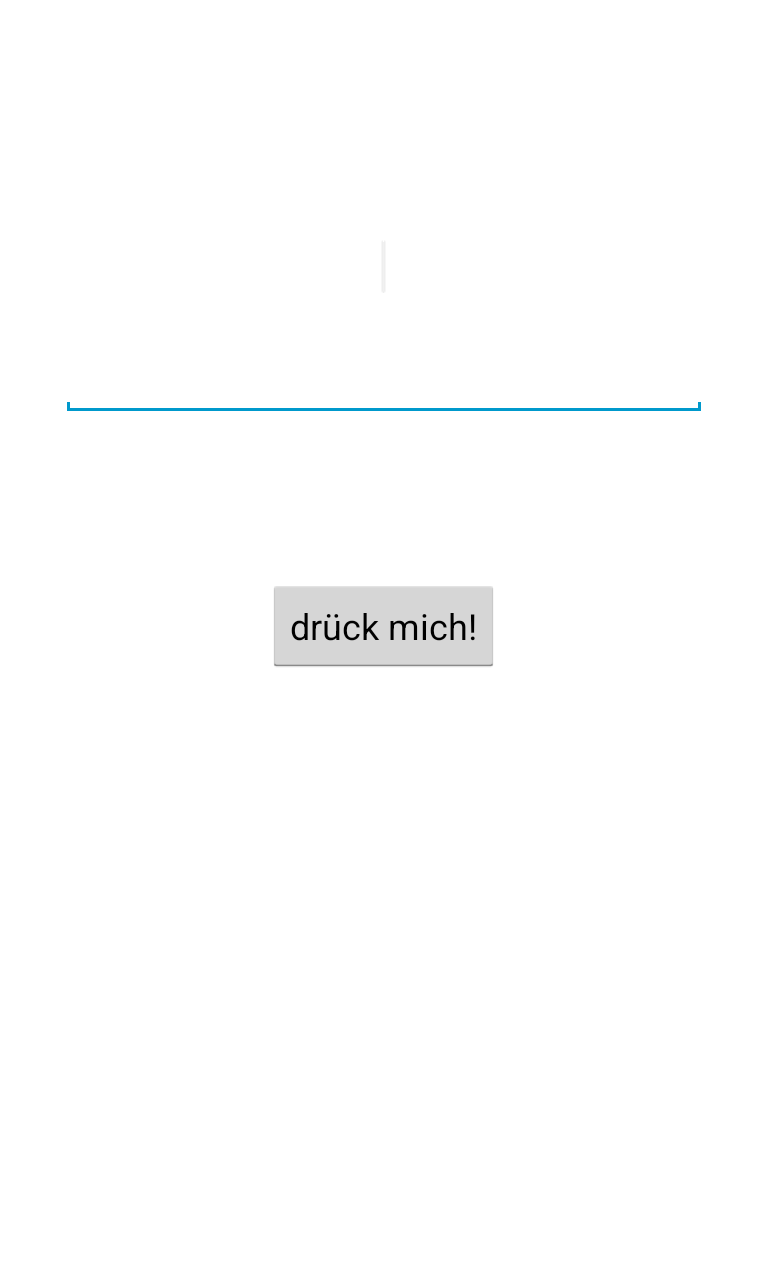
Repository: flashback2k12/ChristmasPresent
Layout: ChristmasPresent/res/layout/activity_first_coupon.xml
The author's editor kept a copy of each file at every save. The layout is drawn from the files as they stood at one save, then again after the next save.
It is drawn on a 768 x 1280 px phone screen (xhdpi) without system bars, with theme AppTheme; the app's code is not run.

Above is the layout before, as saved 2012-12-18 19:06:37.

### ChristmasPresent/res/layout/activity_first_coupon.xml
<?xml version="1.0" encoding="utf-8"?>
<RelativeLayout xmlns:android="http://schemas.android.com/apk/res/android"
    android:layout_width="match_parent"
    android:layout_height="match_parent">

    <EditText
        android:id="@+id/etGutschein1"
        android:layout_width="wrap_content"
        android:layout_height="150dp"
        android:layout_alignParentLeft="true"
        android:layout_alignParentTop="true"
        android:layout_marginLeft="30dp"
        android:layout_marginRight="30dp"
        android:layout_marginTop="59dp"
        android:contentDescription="@string/gutschein1"
        android:ems="30"
        android:gravity="center"
        android:inputType="textMultiLine|textLongMessage" >

        <requestFocus />
    </EditText>

    <Button
        android:id="@+id/button1FC"
        android:layout_width="wrap_content"
        android:layout_height="wrap_content"
        android:layout_below="@+id/etGutschein1"
        android:layout_centerHorizontal="true"
        android:layout_marginTop="80dp"
        android:onClick="BtnFirstCoupon"
        android:text="@string/button_standard" />

</RelativeLayout>

### ChristmasPresent/res/values-v11/styles.xml
<resources>

	<style  name="AppTheme" parent="android:Theme.Holo.Light" />

</resources>

### ChristmasPresent/res/values/strings.xml
<?xml version="1.0" encoding="utf-8"?>
<resources>

    <string name="app_name">Weihnachtsgeschenk</string>
    <string name="title_activity_main">Weihnachtsgeschenk</string><string name="menu_settings">Menü</string><string name="hello_schatz_z1">Ich wünsche dir alles liebe zum Weihnachtsfest mein Schatz. :-* </string>
    <string name="hello_schatz_z2">Ich hoffe, dass dir die nächsten Punkte gefallen werden!!! :-)</string>

    <string name="button_standard">drück mich!</string><string name="fuelltext">Spannung...</string><string name="checkbox1">Gutschein 1</string>
    <string name="checkbox2">Gutschein 2</string>
    <string name="checkbox3">Gutschein 3</string>
    <string name="checkbox4">Gutschein 4</string>
    <string name="checkbox5">Gutschein 5</string>
    <string name="gutschein1">Ein Gutschein für einen Kinobesuch deiner Wahl!</string>
    <string name="gutschein2">Ein Gutschein zum Essen gehen deiner Wahl!</string>
    <string name="gutschein3">Ein Gutschein für eine Massage!</string>
    <string name="gutschein4">Ein Gutschein für ein Candlelight Dinner!</string>
    <string name="gutschein5">Ein Gutschein für 4 Knutsch-Fotos im Passbildautomat (Ecke Löffelfamilie)!</string>



</resources>

Loaded but not shown: ChristmasPresent/res/values-v14/styles.xml (common file); ChristmasPresent/res/values/styles.xml (common file)

After the next save:
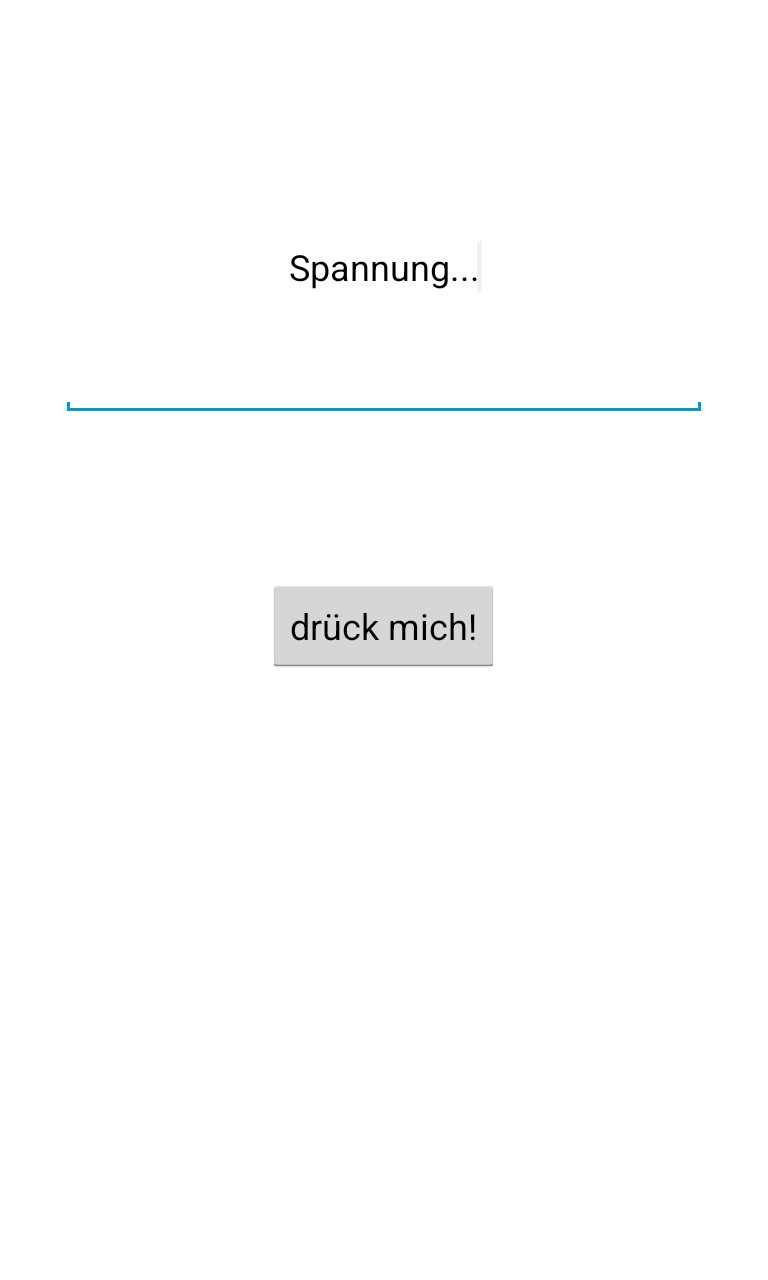
Saved 12 s later.
--- a/ChristmasPresent/res/layout/activity_first_coupon.xml
+++ b/ChristmasPresent/res/layout/activity_first_coupon.xml
@@ -15,7 +15,8 @@
         android:contentDescription="@string/gutschein1"
         android:ems="30"
         android:gravity="center"
-        android:inputType="textMultiLine|textLongMessage" >
+        android:inputType="textMultiLine|textLongMessage"
+        android:text="@string/fuelltext" >
 
         <requestFocus />
     </EditText>
